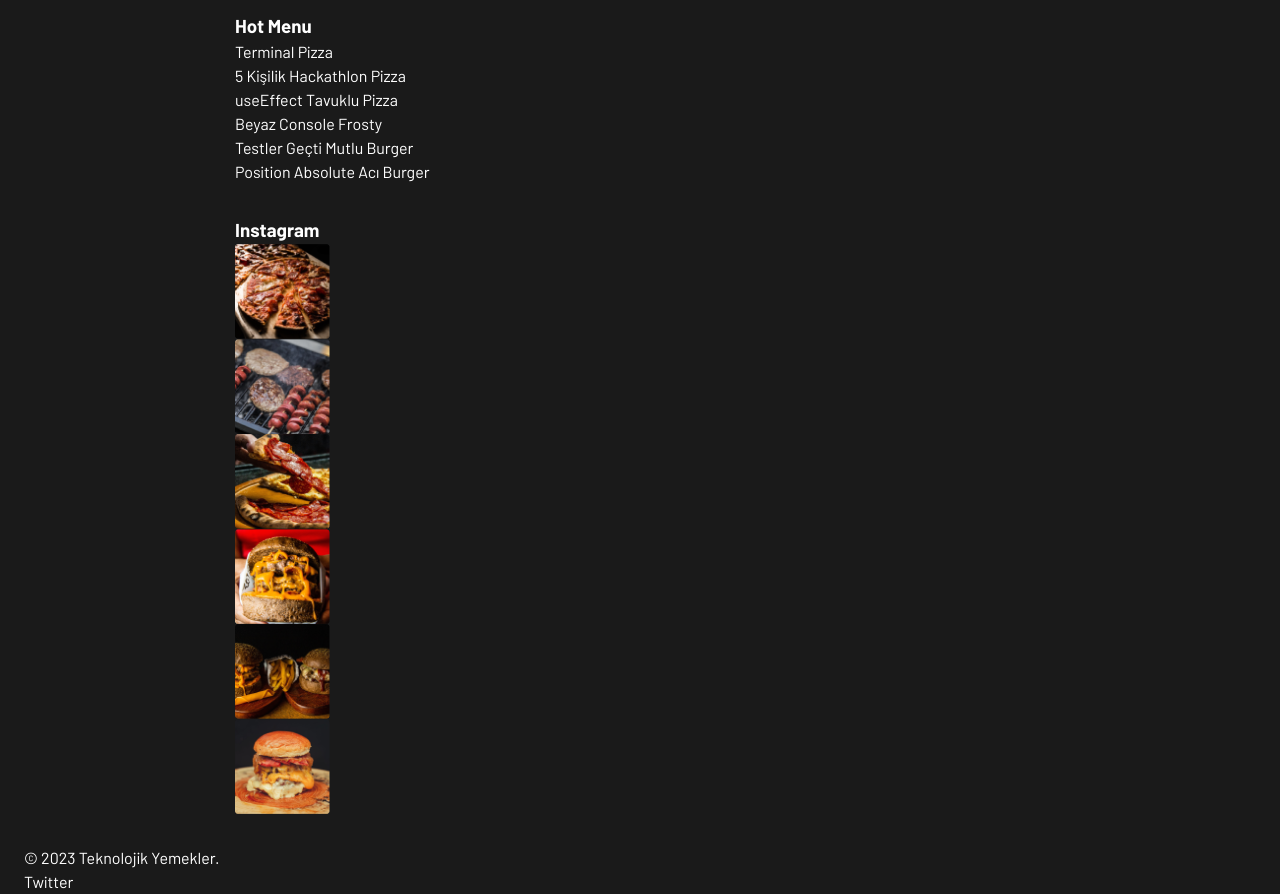
Repository: GozdeAybey/Pizza-HTML-CSS
Page: index.html
An editor plug-in stored every save of this project. The page is shown before and after the next save, followed by the edit.
The browser window is 1280 px wide. The pictures show the part of the page from y = 2910 to 3804 px (the page is 3804 px tall before and 3456 px after).
A picture or video elsewhere on the page could not be fetched, so the positions and the page height are approximate. Some web fonts or font styles are not loaded; a fallback is used.

Above is the page before, as saved 2026-10-28 15:40:08.

After the next save:
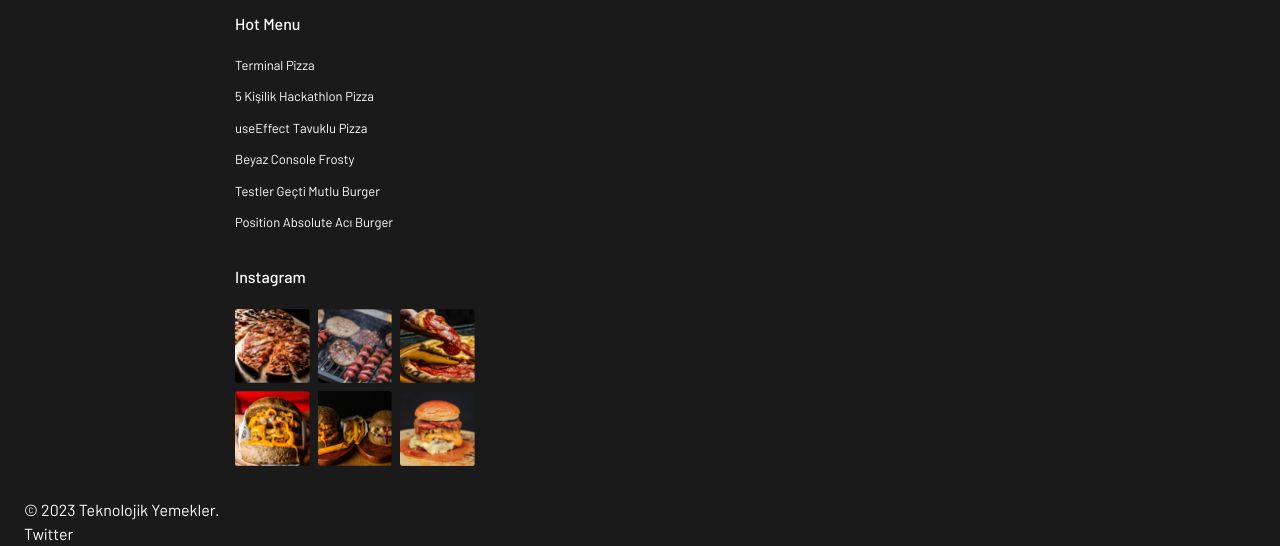
Saved 56 s later.
--- a/style.css
+++ b/style.css
@@ -288,6 +288,26 @@ a {
 .iletisim p img {
   flex-shrink: 0;
 }
+
+.altbilgi h3 {
+  margin-bottom: 20px;
+  font-size: 16px;
+  font-weight: 500;
+}
+
+.sicak-menu ul {
+  display: flex;
+  flex-direction: column;
+  gap: 12px;
+  font-size: 13px;
+}
+
+.instagram ul {
+  display: grid;
+  grid-template-columns: repeat(3, 1fr);
+  gap: 8px;
+  max-width: 240px;
+}
 /* ---------- Geniş ekran ---------- */
 @media (min-width: 768px) {
   .kapak {
